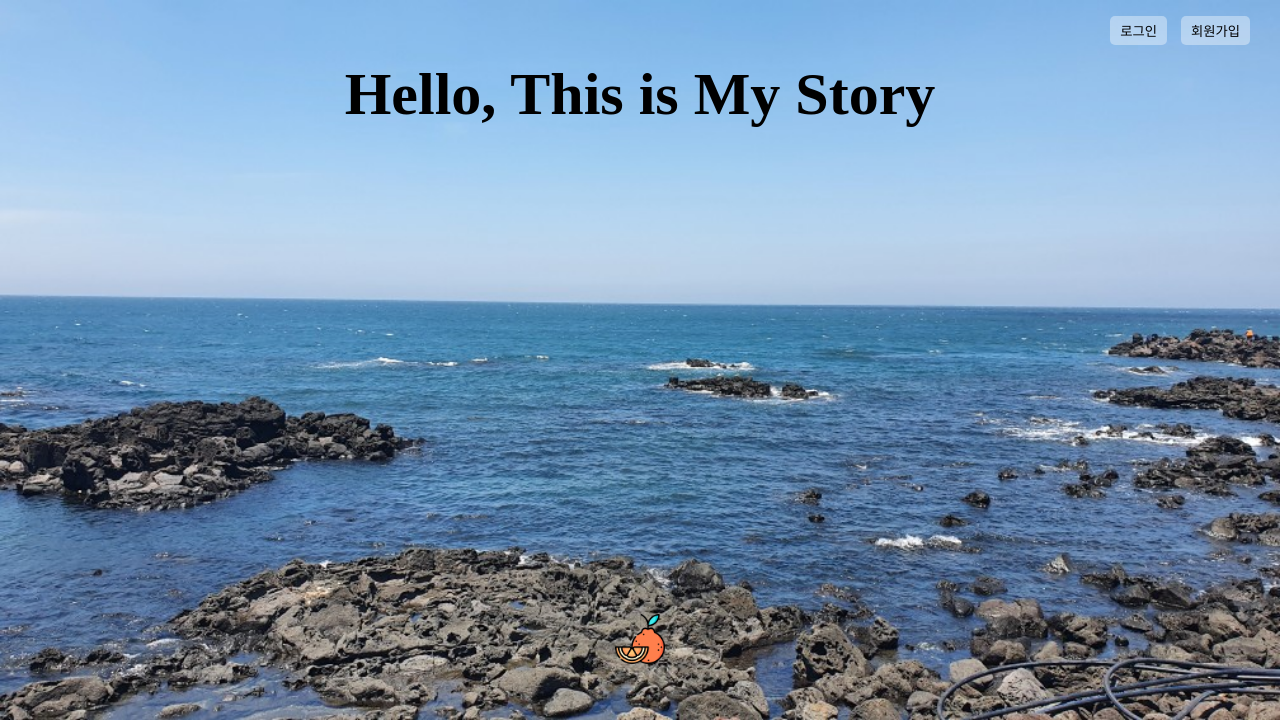
Repository: jeeniii/test2022_12_29
Page: http://localhost/portfolio/mem/login_auth
An editor plug-in stored every save of this project. The page is shown before and after a run of saves, followed by the edit.
The browser window is 1280 px wide. The pictures show the whole page.
The page is served by Tomcat 9. Other server files are loaded and not shown. Queries for data that is not in the repository find no rows.

Above is the page before, as saved 2022-12-13 08:23:28.

### JSP_Portfolio/portfolio/src/main/webapp/index.jsp
<%@ page language="java" contentType="text/html; charset=UTF-8"
    pageEncoding="UTF-8"%>
<%@ taglib uri="http://java.sun.com/jsp/jstl/core" prefix="c" %>
<!DOCTYPE html>
<html>
<head>
<meta charset="UTF-8">
<title>Insert title here</title>
<link rel="stylesheet" href="/resources/css/index.css" type="text/css">
<%@ include file="/header.jsp" %>
</head>
<body>

<div class="main_container">
		<div class="sub_container">
			<c:if test="${ses.id ne null }">
				<a href="/mem/list"><button type="button">함께하는 이웃들</button></a>
				<a href="/brd/register"><button type="button">게시판 등록</button></a>
				<a href="/brd/pageList"><button type="button">게시판 리스트</button></a>
				<a href="/mem/remove?id=${ses.id }" onclick="return confirm('정말 탈퇴하시겠습니까?');"><button type="button">회원 탈퇴</button></a>
			</c:if>
	</div>
</div>

<section>

</section>

<script type="text/javascript">
const msg='<c:out value="${msg_login }" />';
console.log(msg);
if(msg =="true"){ //console.log(typeof(msg)); 결과 string이 찍혀서 ""로 감쌌다.
	const id='<c:out value="${ses.nick_name}"/>';
	console.log(id);
	if(id != null){
		alert(id+ "님 환영합니다.");
	}
}else if(msg=="false"){
	alert("아이디 또는 패스워드가 틀립니다.");
}


const msg2='<c:out value="${msg_register }" />';
console.log(msg2);
if(msg2=="false"){
	alert("모든 항목을 입력해주세요");
}else if(msg2=="true"){
	alert("회원가입을 환영합니다.");
}
</script>
<%@ include file="/footer.jsp" %>
</body>
</html>

### JSP_Portfolio/portfolio/src/main/webapp/header.jsp
<%@ page language="java" contentType="text/html; charset=UTF-8"
    pageEncoding="UTF-8"%>
    <%@ taglib uri="http://java.sun.com/jsp/jstl/core" prefix="c" %>
<!DOCTYPE html>
<html>
<head>
<meta charset="UTF-8">

<link rel="stylesheet" href="/resources/css/header.css" type="text/css">
</head>
<body>
	<header>
		<div class="realHeader">
			<div class="headbar">
				<ul>

					<c:if test="${ses.id ne null }">
						<li>
							${ses.nick_name }님
						</li>
						<li>
							<a href="/mem/logout?id=${ses.id }"><button type="button">로그아웃</button></a>
						</li>
						<li>
							<a href="/mem/modify?id=${ses.id }"><button type="button">회원정보수정</button></a>
						</li>
					</c:if>

					<c:if test="${ses.id eq null }">
						<li>
							<a href="/mem/login"><button type="button">로그인</button></a>
						</li>
						<li>
							<a href="/mem/join"><button type="button"> 회원가입</button></a>
						</li>
					</c:if>
				</ul>
			</div>
		</div>
		<div class="topic">
			<h1>Hello, This is My Story</h1>
		</div>
	</header>
</body>
</html>

### JSP_Portfolio/portfolio/src/main/webapp/footer.jsp
<%@ page language="java" contentType="text/html; charset=UTF-8"
    pageEncoding="UTF-8"%>
    <%@ taglib uri="http://java.sun.com/jsp/jstl/core" prefix="c" %>
<!DOCTYPE html>
<html>
<head>
<meta charset="UTF-8">
<title>Insert title here</title>
<link rel="stylesheet" href="/resources/css/footer.css" type="text/css">
</head>
<body>
<footer>
		<a href="/" id="hanlabtn"><button type="button"><img src="/resources/한라봉.png" id="hanlabong"></button></a>
</footer>
</body>
</html>

### JSP_Portfolio/portfolio/src/main/java/controller/MemberController.java
package controller;

import java.io.IOException;
import java.util.List;

import javax.servlet.RequestDispatcher;
import javax.servlet.ServletException;
import javax.servlet.annotation.WebServlet;
import javax.servlet.http.HttpServlet;
import javax.servlet.http.HttpServletRequest;
import javax.servlet.http.HttpServletResponse;
import javax.servlet.http.HttpSession;

import org.slf4j.Logger;
import org.slf4j.LoggerFactory;

import domain.MemberVO;
import service.MemberService;
import service.MemberServiceImpl;

@WebServlet("/mem/*")
public class MemberController extends HttpServlet {
	private static final long serialVersionUID = 1L;
	private Logger log=LoggerFactory.getLogger(MemberController.class);
    private MemberService msv;
    private RequestDispatcher rdp;
    private String destPage;
    private int isOk;

    public MemberController() {
    	msv=new MemberServiceImpl();
    }

	protected void service(HttpServletRequest req, HttpServletResponse res) throws ServletException, IOException {
		req.setCharacterEncoding("utf-8");
		res.setCharacterEncoding("utf-8");
		res.setContentType("text/html; charset=utf-8");

		String uri=req.getRequestURI();
		String path=uri.substring(uri.lastIndexOf("/")+1);
		log.info("uri>> "+uri);
		log.info("path>> "+path);

		switch(path) {
		case "login":
			destPage="/member/login.jsp";
			break;

		case "join":
			destPage="/member/join.jsp";

			break;

		case "register":
			try {
				log.info("register check1");
				MemberVO mvo=new MemberVO(
						req.getParameter("id"),
						req.getParameter("pwd"),
						req.getParameter("nick_name"),
						req.getParameter("phone"),
						req.getParameter("addr1")+req.getParameter("addr2"));
				System.out.println(mvo.getId()=="");
				System.out.println(mvo.getPwd()=="");
				System.out.println(mvo.getNick_name()=="");
				System.out.println(mvo.getPhone()=="");
				if(
						mvo.getId()==""||
						mvo.getPwd()==""||
						mvo.getNick_name()==""||
						mvo.getPhone()=="") {
					log.info("Resend check");
					req.setAttribute("msg_register", false);
					//res.sendRedirect("/");
					destPage="/";
					//return;
				}else {
					isOk=msv.register(new MemberVO(
							req.getParameter("id"),
							req.getParameter("pwd"),
							req.getParameter("nick_name"),
							req.getParameter("phone"),
							req.getParameter("addr1").concat(", ").concat(req.getParameter("addr2"))));
					//concate으로 addr1과 addr2를 이어 붙이면서 그 가운데에 ", "도 더해준다.
					if(isOk>0) {
						req.setAttribute("msg_register", true);
					}
					log.info("register check4");
					destPage="/";
				}
			} catch (Exception e) {
				log.info("register error");
				e.printStackTrace();
			}
			break;

		case "login_auth": //실제 로그인이 일어나는 케이스
			try {
				MemberVO mvo=msv.login(new MemberVO(req.getParameter("id"),req.getParameter("pwd")));
				log.info("login check");
				if(mvo != null) {
					//세션 가져오기. 연결된 세션이 없다면 새로 생성
					HttpSession ses=req.getSession();
					//ses로 mvo를 바인딩
					ses.setAttribute("ses", mvo);
					ses.setMaxInactiveInterval(10*60);
					req.setAttribute("msg_login", true);
				}else {
					req.setAttribute("msg_login", false);
				}
				destPage="/";
			} catch (Exception e) {
				log.info("login_auth error");
				e.printStackTrace();
			}
			break;

		case "logout":
			try {
				HttpSession ses=req.getSession();
				ses.invalidate(); //무효화하다
				//로그인 정보 id를 주고 로그인 시간 update
				isOk=msv.lastLogin(req.getParameter("id"));
				log.info("check1");
				log.info("logout>> :"+(isOk>0?"Ok":"Fail"));
				destPage="/";
			} catch (Exception e) {
				log.info("logout error");
				e.printStackTrace();
			}
			break;

		case "list":
			try {
				log.info("list 1");
				List<MemberVO> list=msv.getList();
				req.setAttribute("list", list);
				log.info("list 4");
				destPage="/member/list.jsp";
			} catch (Exception e) {
				log.info("list error");
				e.printStackTrace();
			}
			break;

		case "modify":
			try {
				log.info("modify1");
				String id=req.getParameter("id");
				MemberVO mvo=msv.modify(id);
				req.setAttribute("mvo", mvo);
				log.info("modify4");
				destPage="/member/modify.jsp";
			} catch (Exception e) {
				log.info("modify error");
				e.printStackTrace();
			}
			break;

		case "update":
			try {
				log.info("update1");
				String id=req.getParameter("id");
				String pwd=req.getParameter("pwd");
				String nick_name=req.getParameter("nick_name");
				String phone=req.getParameter("phone");
				String addr=req.getParameter("addr1").concat(", ").concat(req.getParameter("addr2"));
				MemberVO mvo=new MemberVO(id,pwd,nick_name,phone,addr);
				isOk=msv.update(mvo);
				log.info("update4");
				if(isOk>0) {
					HttpSession ses=req.getSession();
					ses.setAttribute("ses", mvo);
					ses.setMaxInactiveInterval(10*60);
				}else {
					req.setAttribute("msg_update", 0);
				}
				log.info("controller update> "+(isOk>0?"ok":"fail"));
				destPage="/";
			} catch (Exception e) {
				log.info("update error");
				e.printStackTrace();
			}
			break;

		case "remove":
			try {
				log.info("remove1");
				String id=req.getParameter("id");
				HttpSession ses=req.getSession();
				ses.invalidate();
				isOk=msv.remove(id);
				destPage="/";
				log.info("remove4");
			} catch (Exception e) {
				log.info("remove error");
				e.printStackTrace();
				break;

			}
		default:
			break;
		}

		rdp=req.getRequestDispatcher(destPage);
		rdp.forward(req, res);
	}

	protected void doGet(HttpServletRequest request, HttpServletResponse response) throws ServletException, IOException {
		service(request, response);
	}

	protected void doPost(HttpServletRequest request, HttpServletResponse response) throws ServletException, IOException {
		service(request, response);
	}

}

### JSP_Portfolio/portfolio/src/main/java/service/MemberServiceImpl.java
package service;

import java.util.List;

import org.slf4j.Logger;
import org.slf4j.LoggerFactory;

import domain.MemberVO;
import repository.MemberDAO;
import repository.MemberDAOImpl;

public class MemberServiceImpl implements MemberService {
	private static final Logger log=LoggerFactory.getLogger(MemberServiceImpl.class);
	private MemberDAO mdao;

	public MemberServiceImpl() {
		mdao=new MemberDAOImpl();
	}

	@Override
	public int register(MemberVO mvo) {
		log.info("register check2");
		return mdao.insert(mvo);
	}

	@Override
	public MemberVO login(MemberVO mvo) {
		log.info("login check2");
		return mdao.selectOne(mvo);
	}

	@Override
	public int lastLogin(String id) {
		log.info("logout check2");
		return mdao.update(id);
	}

	@Override
	public List<MemberVO> getList() {
		log.info("list check2");
		return mdao.seletList();
	}

	@Override
	public MemberVO modify(String id) {
		log.info("modify check2");
		return mdao.modify(id);
	}

	@Override
	public int update(MemberVO mvo) {
		log.info("update check2");
		return mdao.update(mvo);
	}

	@Override
	public int remove(String id) {
		log.info("remove2");
		return mdao.delete(id);
	}

}

### JSP_Portfolio/portfolio/src/main/java/repository/MemberDAO.java
package repository;

import java.util.List;

import domain.MemberVO;

public interface MemberDAO {

	int insert(MemberVO mvo);

	MemberVO selectOne(MemberVO mvo);

	int update(String id);

	List<MemberVO> seletList();

	MemberVO modify(String id);

	int update(MemberVO mvo);

	int delete(String id);

}

### JSP_Portfolio/portfolio/src/main/java/repository/MemberDAOImpl.java
package repository;


import java.util.List;

import org.apache.ibatis.session.SqlSession;
import org.slf4j.Logger;
import org.slf4j.LoggerFactory;

import domain.MemberVO;
import orm.DataBaseBuilder;

public class MemberDAOImpl implements MemberDAO {
	private static final Logger log=LoggerFactory.getLogger(MemberDAOImpl.class);
	private SqlSession sql;
	private final String NS="MemberMapper.";

	public MemberDAOImpl() {
		new DataBaseBuilder();
		sql=DataBaseBuilder.getFactory().openSession();
	}

	@Override
	public int insert(MemberVO mvo) {
		log.info("check");
		int isOk=sql.insert(NS+"add",mvo);
		if(isOk>0) {
			sql.commit();
		}
		log.info("register check3");
		return isOk;
	}

	@Override
	public MemberVO selectOne(MemberVO mvo) {
		log.info("login check3");
		return sql.selectOne(NS+"login",mvo);
	}

	@Override
	public int update(String id) {
		int isOk=sql.update(NS+"last",id);
		if(isOk>0) {
			sql.commit();
		}
		log.info("logout check3");
		return isOk;
	}

	@Override
	public List<MemberVO> seletList() {
		log.info("list check3");
		return sql.selectList(NS+"list");
	}

	@Override
	public MemberVO modify(String id) {
		log.info("modify check3");
		return sql.selectOne(NS+"modify",id);
	}

	@Override
	public int update(MemberVO mvo) {
		int isOk=sql.update(NS+"update",mvo);
		if(isOk>0) {
			sql.commit();
		}
		log.info("update check3");
		return isOk;
	}

	@Override
	public int delete(String id) {
		log.info("remove3");
		int isOk=sql.delete(NS+"delete",id);
		if(isOk>0) {
			sql.commit();
		}
		return isOk;
	}

}

### JSP_Portfolio/portfolio/src/main/java/orm/DataBaseBuilder.java
package orm;

import org.apache.ibatis.io.Resources;
import org.apache.ibatis.session.SqlSessionFactory;
import org.apache.ibatis.session.SqlSessionFactoryBuilder;

public class DataBaseBuilder {
	private static SqlSessionFactory factory;

	static {
		try {
			factory=new SqlSessionFactoryBuilder().build(Resources.getResourceAsReader("orm/MybatisConfig.xml"));
		} catch (Exception e) {
			System.out.println("mybatis error");
			e.printStackTrace();
		}
	}
	public static SqlSessionFactory getFactory() {
		return factory;
	}

}

### JSP_Portfolio/portfolio/src/main/java/domain/MemberVO.java
package domain;

public class MemberVO {
	/*create table member3 (
	id varchar(100) not null,
	pwd varchar(100) not null,
	nick_name varchar(100) not null,
	reg_at datetime default current_timestamp,
	last_login datetime not null,
	primary key(id));*/
	private String id;
	private String pwd;
	private String nick_name;
	private String phone;
	private String addr;
	private String reg_at;
	private String last_login;

	public MemberVO() {}

	//login(id,pwd)
	public MemberVO(String id,String pwd) {
		this.id=id;
		this.pwd=pwd;
	}
	//join,modify(id,pwd,nick_name)
	public MemberVO(String id,String pwd,String nick_name,String phone,String addr) {
		this.id=id;
		this.pwd=pwd;
		this.nick_name=nick_name;
		this.phone=phone;
		this.addr=addr;
	}
	//list(all)
	public MemberVO(String id,String pwd,String nick_name,String phone,String addr,String reg_at,String last_login) {
		this.id=id;
		this.pwd=pwd;
		this.nick_name=nick_name;
		this.phone=phone;
		this.addr=addr;
		this.reg_at=reg_at;
		this.last_login=last_login;
	}

	public String getId() {
		return id;
	}

	public void setId(String id) {
		this.id = id;
	}

	public String getPwd() {
		return pwd;
	}

	public void setPwd(String pwd) {
		this.pwd = pwd;
	}

	public String getNick_name() {
		return nick_name;
	}

	public void setNick_name(String nick_name) {
		this.nick_name = nick_name;
	}

	public String getReg_at() {
		return reg_at;
	}

	public void setReg_at(String reg_at) {
		this.reg_at = reg_at;
	}

	public String getLast_login() {
		return last_login;
	}

	public void setLast_login(String last_login) {
		this.last_login = last_login;
	}

	public String getPhone() {
		return phone;
	}

	public void setPhone(String phone) {
		this.phone = phone;
	}

	public String getAddr() {
		return addr;
	}

	public void setAddr(String addr) {
		this.addr = addr;
	}

}

### JSP_Portfolio/portfolio/src/main/java/domain/BoardVO.java
package domain;

public class BoardVO {
	private int bno;
	private String title;
	private String writer;
	private String content;
	private String reg_date;
	private int read_count;
	private String image_file;

	public BoardVO() {}

	//insert(title,writer,content)
	public BoardVO(String title,String writer,String content) {
		this.title=title;
		this.writer=writer;
		this.content=content;
	}
	//list(bno,title,writer,reg_date,read_count)
	public BoardVO(int bno,String title,String writer,String reg_date,int read_count) {
		this.bno=bno;
		this.title=title;
		this.writer=writer;
		this.reg_date=reg_date;
		this.read_count=read_count;
	}
	//update(bno,title,content)
	public BoardVO(int bno,String title,String content) {
		this.bno=bno;
		this.title=title;
		this.content=content;
	}
	//count(bno,read_count)
	public BoardVO(int bno,int read_count) {
		this.bno=bno;
		this.read_count=read_count;
	}

	public int getBno() {
		return bno;
	}

	public void setBno(int bno) {
		this.bno = bno;
	}

	public String getTitle() {
		return title;
	}

	public void setTitle(String title) {
		this.title = title;
	}

	public String getWriter() {
		return writer;
	}

	public void setWriter(String writer) {
		this.writer = writer;
	}

	public String getContent() {
		return content;
	}

	public void setContent(String content) {
		this.content = content;
	}

	public String getReg_date() {
		return reg_date;
	}

	public void setReg_date(String reg_date) {
		this.reg_date = reg_date;
	}

	public int getRead_count() {
		return read_count;
	}

	public void setRead_count(int read_count) {
		this.read_count = read_count;
	}

	public String getImage_file() {
		return image_file;
	}

	public void setImage_file(String image_file) {
		this.image_file = image_file;
	}

}

### JSP_Portfolio/portfolio/src/main/java/domain/PagingVO.java
package domain;

public class PagingVO {
	private int pageNo;
	private int qty;

	public PagingVO() {
		this(1,5);
	}

	public PagingVO(int pageNo,int qty) {
		this.pageNo=pageNo;
		this.qty=qty;
	}

	public int getPageStart() {
		return (this.pageNo-1)*qty;
	}

	public void setPageNo(int pageNo) {
		this.pageNo = pageNo;
	}

	public int getQty() {
		return qty;
	}

	public void setQty(int qty) {
		this.qty = qty;
	}

	public int getPageNo() {
		return pageNo;
	}

}

### JSP_Portfolio/portfolio/src/main/webapp/resources/css/index.css
@charset "UTF-8";
* {
    margin: 0;
    padding: 0;
    box-sizing: border-box;
}

.main_container{
	display: flex;
	min-width:100%;
	min-height:50%;
	margin-top: 30px;
}
.main_container2{
	display: inline-block;
	margin: 0 auto;
}
button[type="button"]{
	border: 0px;
	padding: 5px 10px;
	border-radius: 5px;
	background-color: rgba(255, 255, 255, 0.377);
}
section{
	min-height: 450px;
}

### JSP_Portfolio/portfolio/src/main/webapp/resources/css/header.css
@charset "UTF-8";
* {
    margin: 0;
    padding: 0;
    box-sizing: border-box;
}
body{
	width:100%;
	height:100%;
	background-image: url("/resources/제주 바다.jpg");
	background-repeat: no-repeat;
	background-size: cover;
}
.topic{
	text-align: center;
	font-size: 30px;
}
.realHeader{
	height: 60px;
}
.headbar{
	display: flex;
	align-items: center;
	float: right;
	padding: 0px 30px;
	height: 60px;
}
.headbar>ul{
    list-style-type: none;
}
.headbar>ul>li{
	display: inline;;
	margin-left: 10px;
	line-height: 30px;
	vertical-align: middle;
}
.headbar>ul>li>a{
	font-size: 20px;
	font-weight: 700px;
	color: black;
    text-decoration-line:none ;
}
button[type="button"]{
	border: 0px;
	padding: 5px 10px;
	border-radius: 5px;
	background-color: rgba(255, 255, 255, 0.377);
}

### JSP_Portfolio/portfolio/src/main/webapp/resources/css/footer.css
@charset "UTF-8";
#hanlabong{
    width: 50px;
    height: 50px;
}

#hanlabtn{
	background-color: transparent;
	border:none;
	cursor: pointer;
}
#hanlabtn button{
	background-color: transparent;
	border:none;
	cursor: pointer;

}
#hanlabtn:hover{
	transform:scale(1.5);
  	transition: transform .5s;
}
footer{
	width: 100%;
	display: flex;
	justify-content: center;
}

After the next 2 saves:
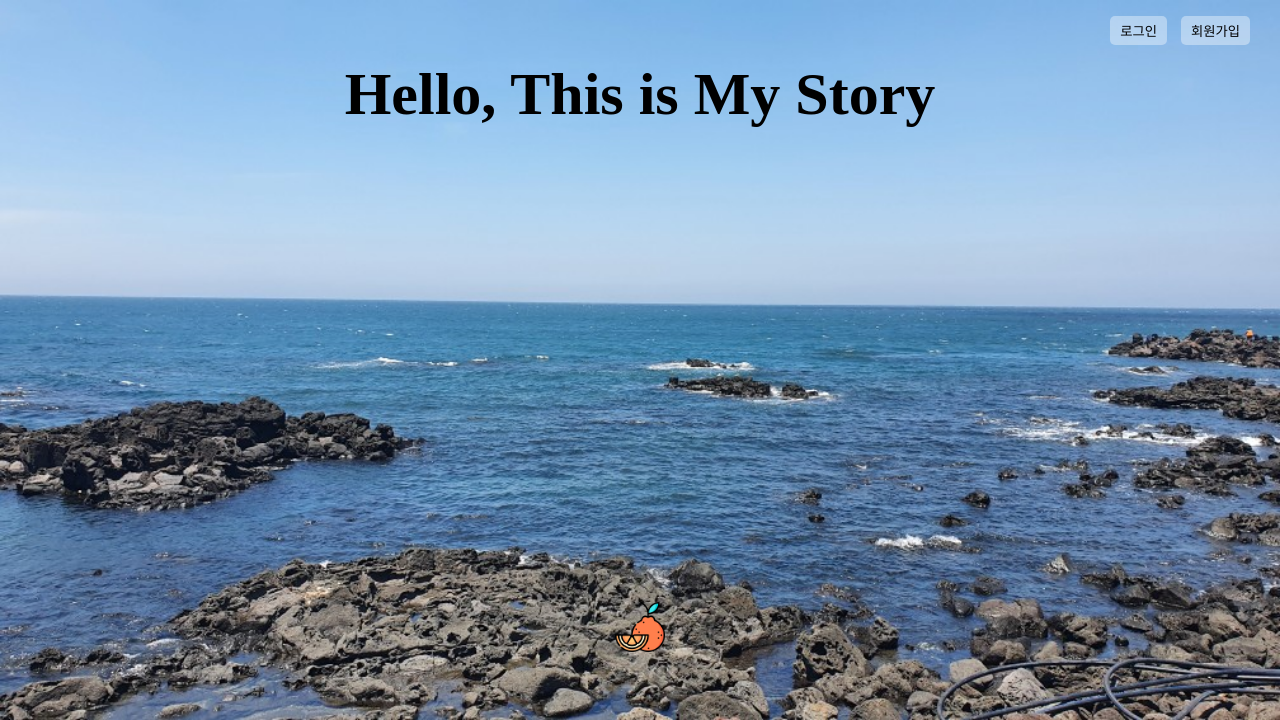
The 2 saves are shown as one change because they came seconds apart.
The last was saved 20 s later.
--- a/JSP_Portfolio/portfolio/src/main/webapp/resources/css/index.css
+++ b/JSP_Portfolio/portfolio/src/main/webapp/resources/css/index.css
@@ -5,13 +5,11 @@
     box-sizing: border-box;
 }
 
-.main_container{
+.sub_container{
 	display: flex;
 	min-width:100%;
 	min-height:50%;
 	margin-top: 30px;
-}
-.main_container2{
 	display: inline-block;
 	margin: 0 auto;
 }

After the save that followed:
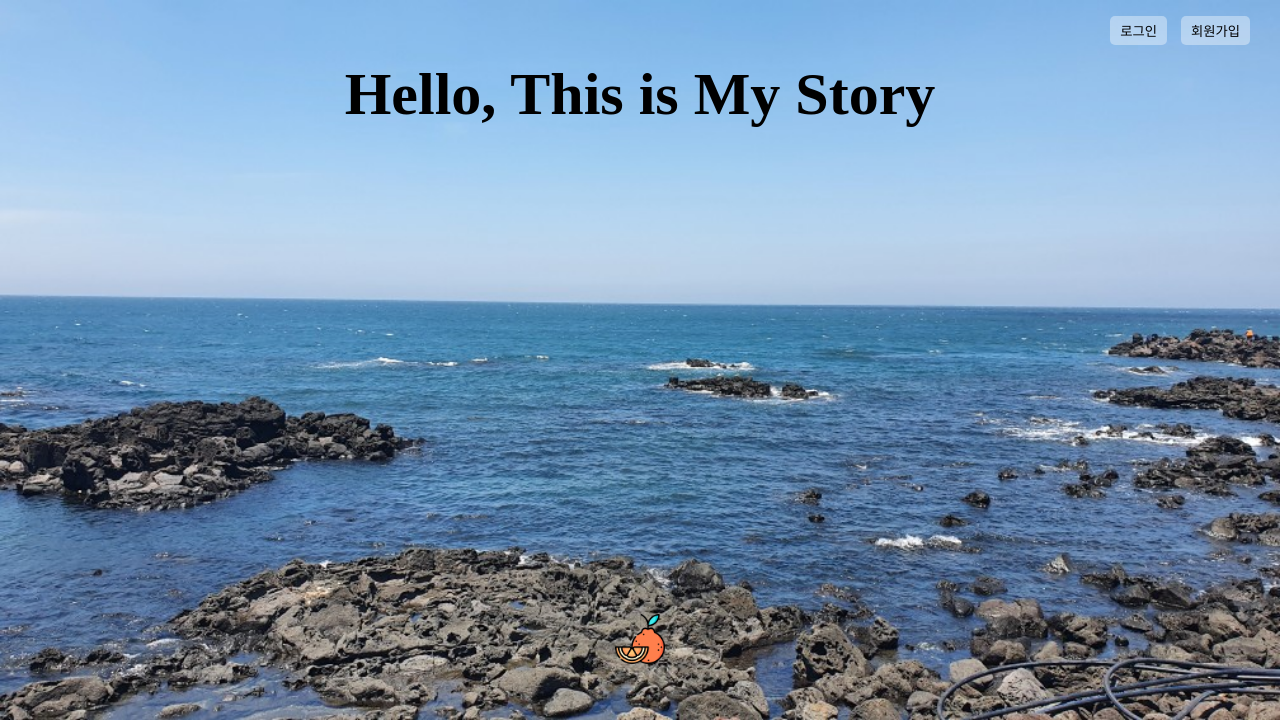
Saved 13 s later.
--- a/JSP_Portfolio/portfolio/src/main/webapp/resources/css/index.css
+++ b/JSP_Portfolio/portfolio/src/main/webapp/resources/css/index.css
@@ -10,6 +10,8 @@
 	min-width:100%;
 	min-height:50%;
 	margin-top: 30px;
+}
+.main_container2{
 	display: inline-block;
 	margin: 0 auto;
 }
